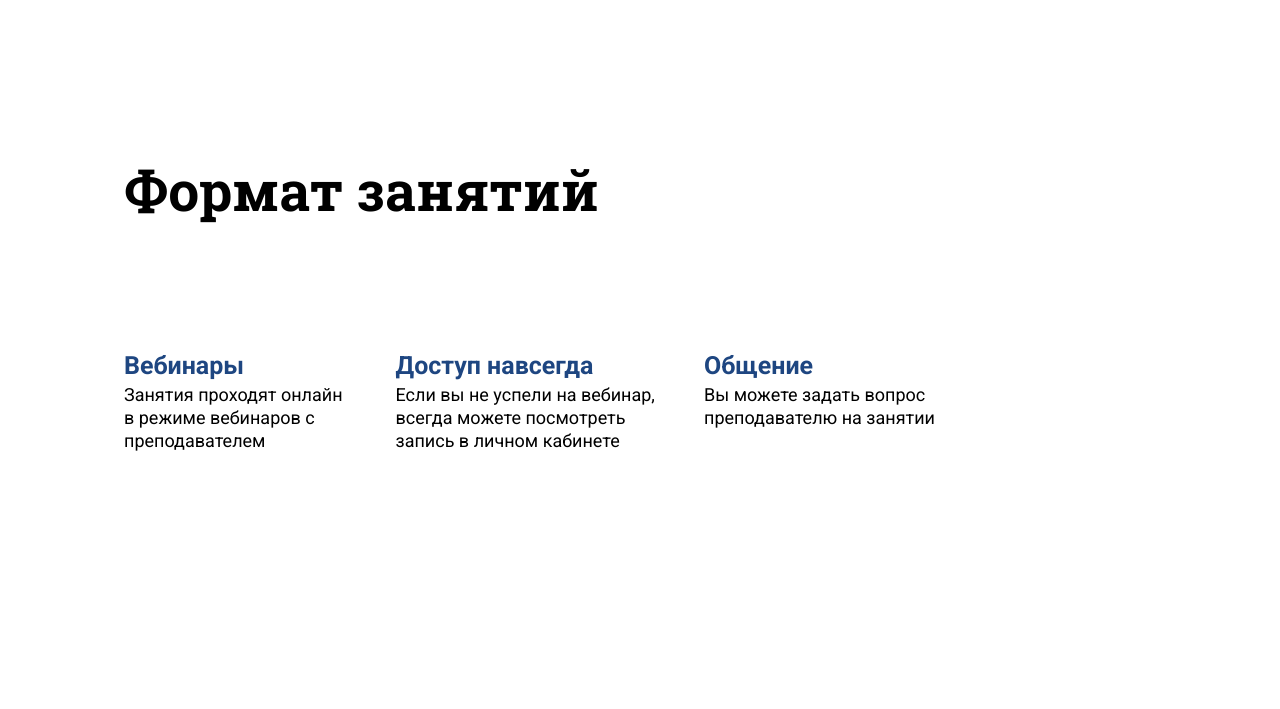
Repository: PoladEziz/Task2
Page: index.html
An editor plug-in stored every save of this project. The page is shown before and after the next save, followed by the edit.
The browser window is 1280 px wide. The pictures show the whole page.

Above is the page before, as saved 2023-05-04 17:34:04.

### index.html
<!DOCTYPE html>
<html lang="en">

<head>
    <meta charset="UTF-8">
    <meta http-equiv="X-UA-Compatible" content="IE=edge">
    <meta name="viewport" content="width=device-width, initial-scale=1.0">
    <title>Document</title>
    <link rel="stylesheet" href="index.css">
</head>

<body>
    <div class="main">
        <div class="page-1">
            <h1>Формат занятий</h1>
            <div class="top_child">

                <ul>
                    <li>
                        <h2>Вебинары</h2>
                        <p>Занятия проходят онлайн
                            в режиме вебинаров
                            с преподавателем</p>
                    </li>

                    <li>
                        <h2>Доступ навсегда</h2>
                        <p>Если вы не успели на вебинар, всегда можете посмотреть запись в личном кабинете</p>
                    </li>

                    <li>
                        <h2>Общение</h2>
                        <p>Вы можете задать вопрос
                            преподавателю на занятии</p>
                    </li>


                </ul>
            </div>

        </div>
        <!-- <div class="page-2">
            <h1>Что узнаем</h1>
            <ul>
                <li>Кто чем занят в съёмочной группе; </li>
                <li>На какие этапы делится кинопроизводство; </li>
                <li>Как выглядит сценарий фильма и как он меняется по ходу съёмок; </li>
                <li>Какими методами режиссёры заставляют нас смеяться, плакать и грустить; </li>
                <li>Как построение кадра, музыка и свет помогают считывать заложенные в фильм смыслы; </li>
                <li>Какие жанры есть в кино и как от них зависит работа операторов, осветителей и монтажёров; </li>
                <li>Как, зная всё это, понимать, о чем фильм.</li>
            </ul>




        </div> -->


    </div>
</body>

</html>

### index.css
@import url("https://fonts.googleapis.com/css2?family=Roboto+Slab:wght@700&family=Roboto:wght@700&display=swap");
@import url("https://fonts.googleapis.com/css2?family=Roboto&family=Roboto+Slab:wght@700&display=swap");

* {
  margin: 0;
  padding: 0;
}

.main {
  width: 100%;
  display: flex;
  flex-direction: column;
}

.page-1 {
  padding-top: 162px;
  padding-left: 124px;
  padding-right: 344px;
}

.page-1 h1 {
  margin-bottom: 133px;
  font-family: "Roboto Slab";
  font-style: normal;
  font-weight: 700;
  font-size: 55px;
  line-height: 55px;
}
.page-1 ul {
  width: 100%;
  display: flex;
  justify-content: space-between;
}
.page-1 ul li {
  list-style-type: none;
}
li:nth-child(1) {
  width: 223px;
}
li:nth-child(2) {
  width: 260px;
}
li:nth-child(3) {
  width: 232px;
}
.page-1 ul li h2 {
  font-family: "Roboto";
  font-style: normal;
  font-weight: 700;
  font-size: 25px;
  line-height: 130%;
  color: #1e4681;
}

.page-1 ul li p {
  font-family: "Roboto";
  font-style: normal;
  font-weight: 400;
  font-size: 18px;
  line-height: 130%;
}

.top_child {
  display: flex;
  flex-direction: row;
  width: 100%;
}

.page-1 h1 {
  width: 100%;
}

.bot_box {
  width: 100%;
  display: flex;
  flex-direction: column;
}

.bot_box h1 {
  font-family: Roboto Slab;
  font-size: 55px;
  font-weight: 700;
  line-height: 56px;
  text-align: left;
}

.bot_box ul li {
  font-family: Roboto;
  font-size: 24px;
  font-weight: 400;
  line-height: 36px;
  text-align: left;
}

After the next save:
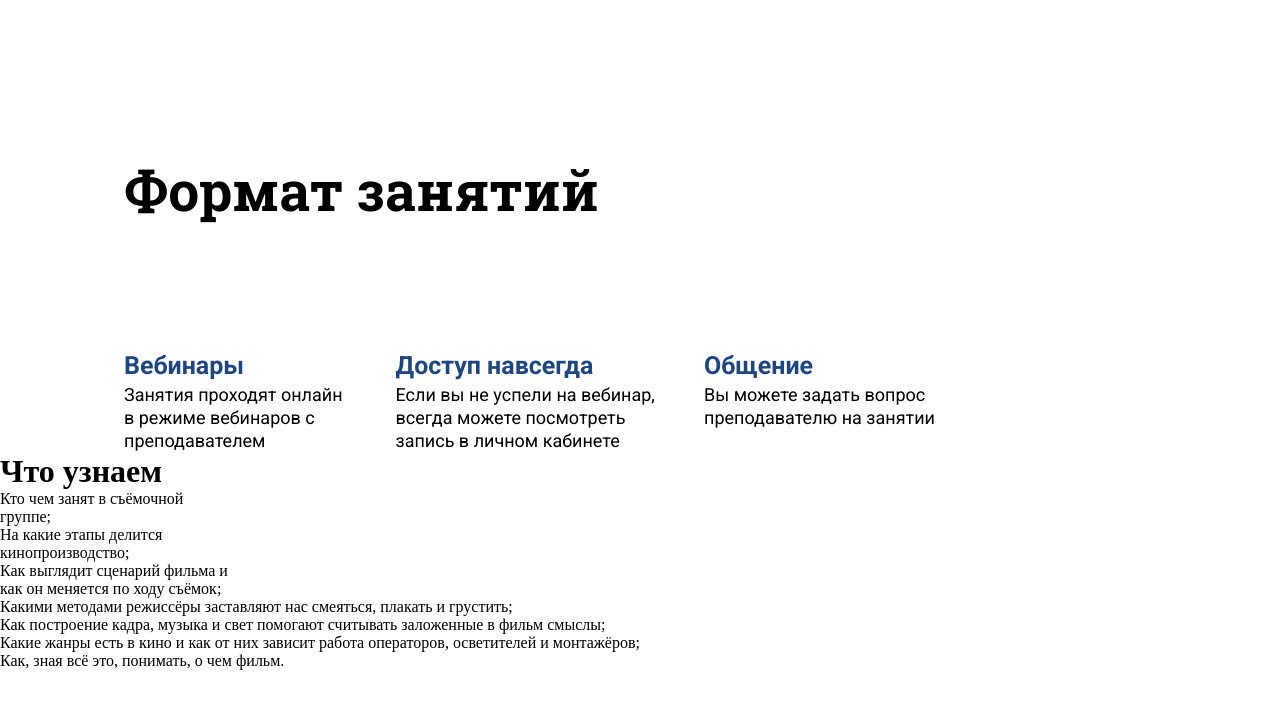
Saved 54 s later.
--- a/index.html
+++ b/index.html
@@ -39,7 +39,7 @@
             </div>
 
         </div>
-        <!-- <div class="page-2">
+        <div class="page-2">
             <h1>Что узнаем</h1>
             <ul>
                 <li>Кто чем занят в съёмочной группе; </li>
@@ -54,7 +54,7 @@
 
 
 
-        </div> -->
+        </div>
 
 
     </div>
